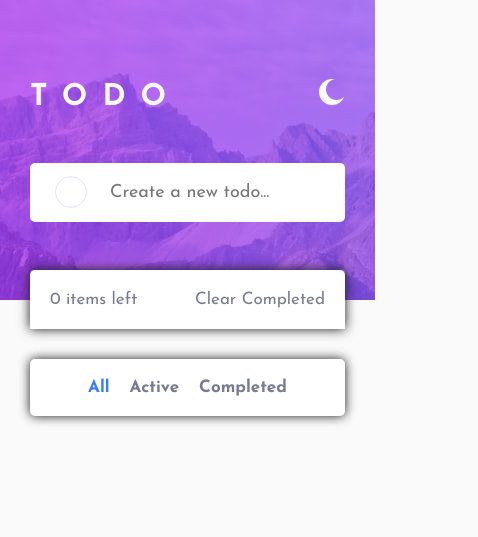
Repository: tomas938/todo-app
Page: /
The author's editor kept a copy of each file at every save. The page is drawn from the files as they stood at one save, then again after the next save.
The browser window is 375 px wide. The page is 375 px wide, then 478 px, so the pictures cover 478 px, including what lies to the right of the window. The pictures show the whole page.
The project was rebuilt for these pictures with package versions that can differ from the ones it lists, and the page was loaded fresh each time.

Above is the page before, as saved 2021-08-20 14:30:56.

After the next save:
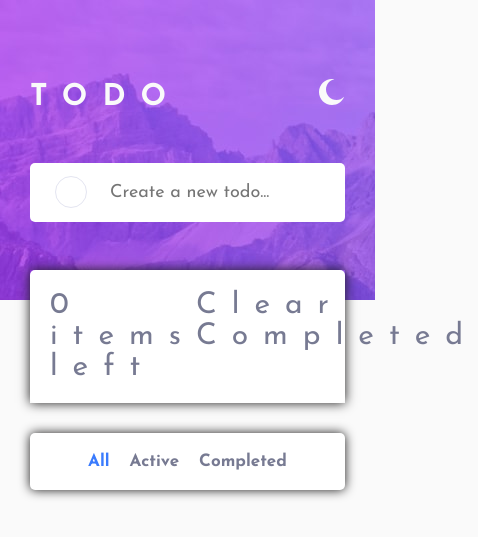
Saved 39 s later.
--- a/src/components/Todos.vue
+++ b/src/components/Todos.vue
@@ -240,6 +240,10 @@ main {
 		color: $dark-grayish-blue--dark;
 		cursor: pointer;
 		font-size: 1.7rem;
+		@media only screen and (max-width: 500px) {
+			font-size: 3rem;
+			letter-spacing: 1.5rem;
+		}
 	}
 }
 // TRANSITIONS //
